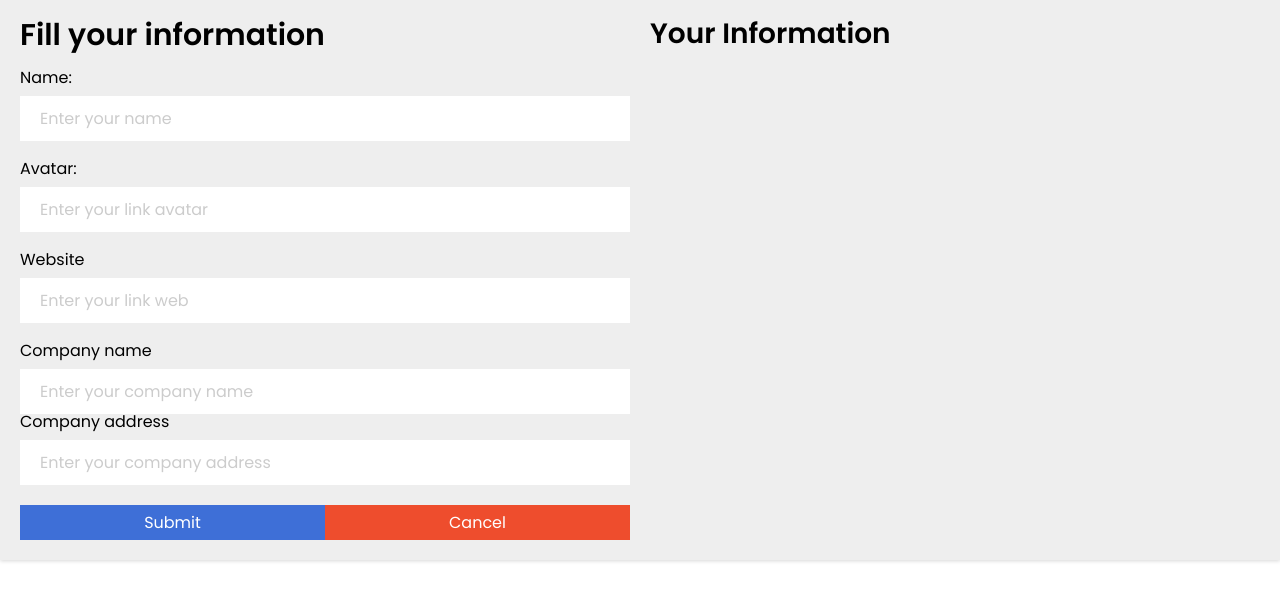
Repository: nttthao9/management
Page: index.html
These files come from the project's save history. The page is drawn as it stood at one moment and after the next save; the edit follows.
The browser window is 1280 px wide. The pictures show the whole page.
The page's requests for data from a server got no answer. Some web libraries are served in a nearby version.

Above is the page before, as saved 2021-10-14 15:46:13.

After the next save:
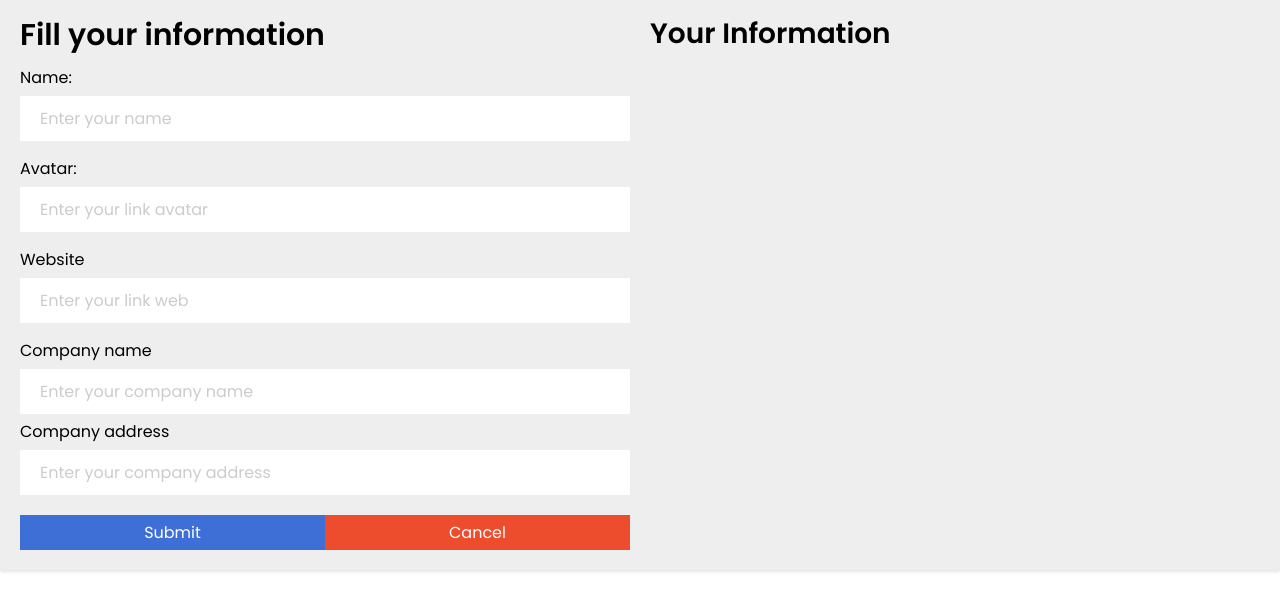
Saved 99 s later.
--- a/style.css
+++ b/style.css
@@ -164,3 +164,6 @@ input::placeholder {
 .manage-infor {
   overflow-y: scroll;
 }
+#company-name {
+  margin-bottom: 1rem;
+}
